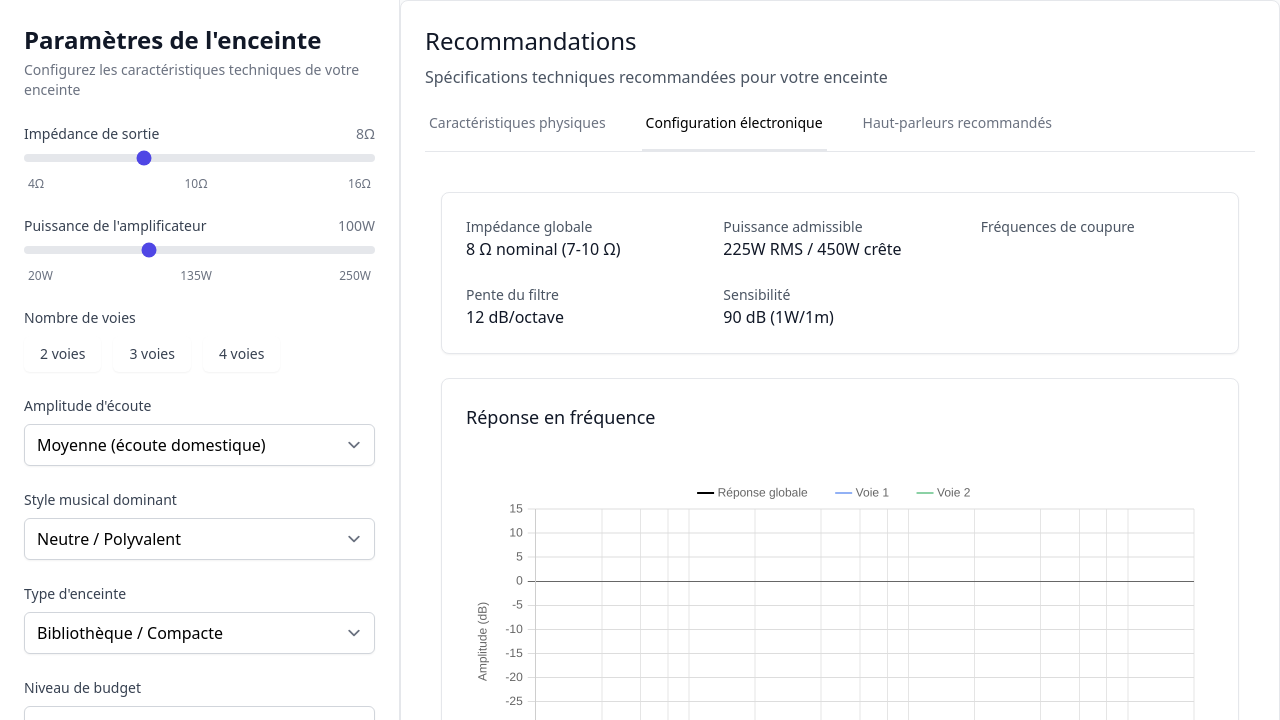
Repository: flobutbut/AcuoTune
Page: /#/, after clicking the first element matching `nav.flex > :nth-child(2)`
These files come from the project's save history. The page is drawn as it stood at one moment and after the next save; the edit follows.
The browser window is 1280 px wide. The pictures show the whole page.
An inner scrolling area shows only its first screen. The project was rebuilt for these pictures with package versions that can differ from the ones it lists, and the page was loaded fresh each time. Also part of the build but not shown: vite.config.ts, src/components/configurateur/recommendations/SpeakersTab.vue.

Above is the page before, as saved 2025-02-28 15:10:00.

### src/main.ts
import './assets/main.css'

import { createApp } from 'vue'
import { createPinia } from 'pinia'
import App from './App.vue'
import router from './router'

// Pour le débogage
console.log('Initializing app...')

const app = createApp(App)
const pinia = createPinia()

// Pour le débogage
app.config.errorHandler = (err, instance, info) => {
  console.error('Vue Error:', err)
  console.log('Component:', instance)
  console.log('Info:', info)
}

app.use(pinia)
app.use(router)

app.mount('#app')

// Pour le débogage
console.log('App mounted')

### src/App.vue
<script setup lang="ts">
import { RouterView } from 'vue-router'
</script>

<template>
  <RouterView />
</template>

<style>
#app {
  height: 100vh;
  width: 100vw;
}
</style>

### src/router/index.ts
import { createRouter, createWebHashHistory } from 'vue-router'
import ConfigurateurView from '../views/ConfigurateurView.vue'

const base = process.env.NODE_ENV === 'production' ? '/AcuoTune/' : '/'

const router = createRouter({
  history: createWebHashHistory(base),
  routes: [
    {
      path: '/',
      name: 'home',
      component: ConfigurateurView
    }
  ]
})

export default router

### src/views/ConfigurateurView.vue
<script setup lang="ts">
import ConfigurationPanel from '@/components/configurateur/ConfigurationPanel.vue'
import RecommendationsPanel from '@/components/configurateur/RecommendationsPanel.vue'
</script>

<template>
  <div class="flex h-screen bg-gray-50">
    <!-- Colonne de gauche - Configuration -->
    <div class="w-[400px] min-w-[400px] overflow-y-auto border-r border-gray-200 bg-white">
      <ConfigurationPanel />
    </div>

    <!-- Colonne de droite - Recommandations -->
    <div class="flex-1 overflow-y-auto">
      <RecommendationsPanel />
    </div>
  </div>
</template>

<style>
/* Supprimer les marges par défaut */
body {
  margin: 0;
  padding: 0;
}

/* Assurer que l'app prend toute la hauteur */
#app {
  height: 100vh;
}
</style>

### src/components/configurateur/RecommendationsPanel.vue
<script setup lang="ts">
import { ref } from 'vue'
import PhysicalTab from './recommendations/PhysicalTab.vue'
import ElectronicTab from './recommendations/ElectronicTab.vue'
import SpeakersTab from './recommendations/SpeakersTab.vue'

const activeTab = ref('physique')

// Données temporaires pour test
const physicalRecommendations = {
  volume: '30L',
  dimensions: {
    height: '80cm',
    width: '30cm',
    depth: '40cm'
  },
  materials: ['MDF 19mm', 'Contreplaqué bouleau 18mm'],
  portType: 'Bass-reflex',
  port: {
    surface: '50cm²',
    length: '15cm',
    diameter: '8cm',
    tuningFreq: '35Hz'
  }
}

const electronicRecommendations = {
  impedance: '8Ω',
  power: '100W RMS',
  crossoverFreqs: ['500Hz', '3.5kHz'],
  filterSlope: '12dB/octave',
  efficiency: '89dB'
}

const speakerRecommendations = [
  {
    type: 'Grave',
    impedance: '8Ω',
    power: '100W RMS',
    sensitivity: '89dB'
  },
  {
    type: 'Médium',
    impedance: '8Ω',
    power: '50W RMS',
    sensitivity: '91dB'
  },
  {
    type: 'Aigu',
    impedance: '8Ω',
    power: '25W RMS',
    sensitivity: '92dB'
  }
]
</script>

<template>
  <div class="w-full bg-white rounded-lg shadow-sm border border-gray-200">
    <div class="p-6">
      <h2 class="text-2xl font-medium text-gray-900 mb-2">Recommandations</h2>
      <p class="text-gray-600 mb-6">Spécifications techniques recommandées pour votre enceinte</p>

      <!-- Onglets -->
      <div class="border-b border-gray-200">
        <nav class="flex space-x-8" aria-label="Tabs">
          <button
            v-for="tab in ['physique', 'electronique', 'hautparleurs']"
            :key="tab"
            @click="activeTab = tab"
            :class="[
              'pb-4 px-1 font-medium text-sm border-b-2 transition-colors',
              activeTab === tab
                ? 'border-primary-600 text-primary-600'
                : 'border-transparent text-gray-500 hover:text-gray-700 hover:border-gray-300'
            ]"
          >
            {{ tab === 'physique' ? 'Caractéristiques physiques' :
               tab === 'electronique' ? 'Configuration électronique' :
               'Haut-parleurs recommandés' }}
          </button>
        </nav>
      </div>

      <!-- Contenu des onglets -->
      <div class="mt-6">
        <PhysicalTab v-if="activeTab === 'physique'" />
        <ElectronicTab v-if="activeTab === 'electronique'" />
        <SpeakersTab v-if="activeTab === 'hautparleurs'" />
      </div>
    </div>
  </div>
</template>

### src/components/configurateur/controls/RangeInput.vue
<script setup lang="ts">
defineProps<{
  label: string
  name: string
  value: number
  min: number
  max: number
  step: number
  unit?: string
}>()

defineEmits<{
  (e: 'update', event: Event): void
}>()
</script>

<template>
  <div class="space-y-2">
    <!-- Label et valeur actuelle -->
    <div class="flex justify-between items-center">
      <label :for="name" class="block text-sm font-medium text-gray-700">
        {{ label }}
      </label>
      <span class="text-sm text-gray-500">
        {{ value }}{{ unit }}
      </span>
    </div>

    <!-- Input range -->
    <input
      :id="name"
      type="range"
      :name="name"
      :min="min"
      :max="max"
      :step="step"
      :value="value"
      @input="$emit('update', $event)"
      class="w-full h-2 bg-gray-200 rounded-lg appearance-none cursor-pointer
             dark:bg-gray-700 accent-indigo-600 focus:outline-none focus:ring-2
             focus:ring-indigo-500 focus:ring-offset-2"
    />

    <!-- Valeurs min/max -->
    <div class="flex justify-between px-1">
      <span class="text-xs text-gray-500">{{ min }}{{ unit }}</span>
      <span class="text-xs text-gray-500">{{ Math.round((max + min) / 2) }}{{ unit }}</span>
      <span class="text-xs text-gray-500">{{ max }}{{ unit }}</span>
    </div>
  </div>
</template>

### src/components/configurateur/controls/SelectInput.vue
<script setup lang="ts">
interface Option {
  value: string
  label: string
}

defineProps<{
  label: string
  name: string
  value: string
  options: Option[]
}>()

defineEmits<{
  (e: 'update', event: Event): void
}>()
</script>

<template>
  <div class="space-y-2">
    <label :for="name" class="block text-sm font-medium text-gray-700">
      {{ label }}
    </label>
    <select
      :id="name"
      :name="name"
      :value="value"
      @change="$emit('update', $event)"
      class="mt-1 block w-full rounded-md border-gray-300 py-2 pl-3 pr-10 text-base
             focus:border-indigo-500 focus:outline-none focus:ring-indigo-500
             bg-white shadow-sm"
    >
      <option
        v-for="option in options"
        :key="option.value"
        :value="option.value"
        class="text-gray-900"
      >
        {{ option.label }}
      </option>
    </select>
  </div>
</template>

### src/constants/configurateur.ts
export const IMPEDANCE_OPTIONS = {
  min: 4,
  max: 16,
  step: 4
}

export const PUISSANCE_OPTIONS = {
  min: 20,
  max: 250,
  step: 10
}

export const AMPLITUDE_ECOUTE_OPTIONS = [
  { value: 'faible', label: 'Faible (écoute de proximité)' },
  { value: 'moyenne', label: 'Moyenne (écoute domestique)' },
  { value: 'forte', label: 'Forte (home-cinéma, fêtes)' }
]

export const STYLE_MUSICAL_OPTIONS = [
  { value: 'neutre', label: 'Neutre / Polyvalent' },
  { value: 'hifi', label: 'Hi-Fi / Audiophile' },
  { value: 'bass', label: 'Bass heavy (Electronic, Hip-hop)' },
  { value: 'acoustique', label: 'Acoustique / Classique' }
]

export const TYPE_ENCEINTE_OPTIONS = [
  { value: 'bibliothèque', label: 'Bibliothèque / Compacte' },
  { value: 'colonne', label: 'Colonne' },
  { value: 'monitoring', label: 'Monitoring' }
]

export const BUDGET_NIVEAU_OPTIONS = [
  { value: 'économique', label: 'Économique' },
  { value: 'moyen', label: 'Moyen' },
  { value: 'élevé', label: 'Élevé' }
]

export const DISTANCE_MUR_OPTIONS = [
  { value: 'proche', label: 'Proche (< 20cm)' },
  { value: 'moyenne', label: 'Moyenne (20-40cm)' },
  { value: 'éloignée', label: 'Éloignée (> 40cm)' }
]

export const UTILISATION_OPTIONS = [
  { value: 'musique', label: 'Musique' },
  { value: 'homecinema', label: 'Home-cinéma' },
  { value: 'mixte', label: 'Mixte (Musique + Home-cinéma)' },
  { value: 'studio', label: 'Production / Mixage studio' }
]

export const TYPE_CHARGE_OPTIONS = [
  { value: 'clos', label: 'Clos' },
  { value: 'bass-reflex', label: 'Bass-reflex' },
  { value: 'double-bass-reflex', label: 'Double Bass-reflex' }
]

export const PENTE_FILTRE_OPTIONS = [
  { value: '12', label: '12 dB/octave' },
  { value: '18', label: '18 dB/octave' },
  { value: '24', label: '24 dB/octave' }
]

export const FACTEUR_QUALITE_OPTIONS = [
  { value: '0.5', label: 'Q = 0.5 (Sous-amorti)' },
  { value: '0.707', label: 'Q = 0.707 (Butterworth)' },
  { value: '1.0', label: 'Q = 1.0 (Sur-amorti)' }
]

### src/components/configurateur/recommendations/ElectronicTab.vue
<script setup lang="ts">
import { computed } from 'vue'
import { useConfigurateurStore } from '@/stores/configurateur'
import { calculateElectronic } from '@/utils/calculations/electronic'
import { calculateAcoustic } from '@/utils/calculations/acoustic'
import FrequencyResponseChart from '../FrequencyResponseChart.vue'

const store = useConfigurateurStore()

const electronicRecommendations = computed(() => {
  if (!store.config) return null
  const acousticParams = calculateAcoustic(store.config)
  return calculateElectronic(store.config, acousticParams)
})
</script>

<template>
  <div class="space-y-6 p-4">
    <div v-if="electronicRecommendations" class="space-y-6">
      <!-- Panneau des paramètres -->
      <div class="bg-white rounded-lg shadow-sm border border-gray-200 p-6">
        <div class="grid grid-cols-2 md:grid-cols-3 gap-6">
          <div v-for="(value, key) in [
            { label: 'Impédance globale', value: electronicRecommendations.impedanceGlobale },
            { label: 'Puissance admissible', value: electronicRecommendations.puissanceAdmissible },
            { label: 'Fréquences de coupure', value: electronicRecommendations.frequencesCoupure.join(' / ') },
            { label: 'Pente du filtre', value: electronicRecommendations.penteFiltre },
            { label: 'Sensibilité', value: electronicRecommendations.sensibilite }
          ]" :key="key" class="group">
            <div class="text-sm text-gray-600 group-hover:text-gray-800 transition-colors">{{ value.label }}</div>
            <div class="font-medium text-gray-900">{{ value.value }}</div>
          </div>
        </div>
      </div>

      <!-- Graphique -->
      <div class="bg-white rounded-lg shadow-sm border border-gray-200 p-6">
        <h3 class="text-lg font-medium text-gray-900 mb-4">Réponse en fréquence</h3>
        <div class="h-[400px] w-full">
          <FrequencyResponseChart
            :config="store.config"
            :electronic-params="electronicRecommendations"
          />
        </div>
      </div>
    </div>

    <div v-else class="flex items-center justify-center h-48 bg-gray-50 rounded-lg">
      <div class="text-gray-500">
        <svg class="w-8 h-8 mx-auto mb-2 animate-spin" viewBox="0 0 24 24" fill="none">
          <circle class="opacity-25" cx="12" cy="12" r="10" stroke="currentColor" stroke-width="4"/>
          <path class="opacity-75" fill="currentColor" d="M4 12a8 8 0 018-8V0C5.373 0 0 5.373 0 12h4z"/>
        </svg>
        <span>Chargement des recommandations...</span>
      </div>
    </div>
  </div>
</template>

### src/utils/calculations/electronic.ts
import type { Config } from '@/types/configurateur'
import type { ElectronicRecommendation } from '@/types/configurateur'

interface AcousticResult {
  volumeOptimal: number
  frequenceAccord: number
  facteurQualite: number
  frequenceResonance: number
  rendementBasse: number
  puissanceMax: number
}

export function calculateElectronic(config: Config, acoustic: AcousticResult): ElectronicRecommendation {
  console.log('Calculating electronic parameters for:', { config, acoustic })

  // Calcul des fréquences de coupure
  const frequencesCoupure = calculateCrossoverFrequencies(config)

  // Calcul de la pente des filtres
  const penteFiltre = calculateFilterSlope(config)

  // Calcul de l'impédance globale
  const impedanceGlobale = calculateGlobalImpedance(config)

  // Calcul de la puissance admissible
  const puissanceAdmissible = calculateAdmissiblePower(acoustic.puissanceMax)

  // Calcul de la sensibilité globale
  const sensibilite = calculateGlobalSensitivity(config, acoustic)

  const result: ElectronicRecommendation = {
    frequencesCoupure,
    penteFiltre,
    impedanceGlobale,
    puissanceAdmissible,
    sensibilite
  }

  console.log('Electronic calculation result:', result)
  return result
}

function calculateCrossoverFrequencies(config: Config): string[] {
  // Si mode avancé et fréquences manuelles définies, les utiliser
  if (config.showAdvanced && config.freqCoupureManuelle.length > 0) {
    return config.freqCoupureManuelle.map(freq => `${freq} Hz`)
  }

  // Sinon, calculer les fréquences recommandées
  const freqs: number[] = []
  switch (config.nombreVoies) {
    case 2:
      freqs.push(config.styleMusical === 'bass' ? 2500 : 3000)
      break
    case 3:
      freqs.push(
        config.styleMusical === 'bass' ? 400 : 500,
        config.styleMusical === 'bass' ? 2500 : 3000
      )
      break
    case 4:
      freqs.push(
        config.styleMusical === 'bass' ? 200 : 250,
        config.styleMusical === 'bass' ? 800 : 1000,
        config.styleMusical === 'bass' ? 2500 : 3000
      )
      break
  }
  return freqs.map(freq => `${freq} Hz`)
}

function calculateFilterSlope(config: Config): string {
  // Si mode avancé, utiliser la pente configurée
  if (config.showAdvanced) {
    return `${config.penteFiltre} dB/octave`
  }

  // Sinon, déterminer la pente recommandée
  if (config.budgetNiveau === 'élevé' || config.styleMusical === 'hifi') {
    return '24 dB/octave'
  } else if (config.nombreVoies >= 3) {
    return '18 dB/octave'
  }
  return '12 dB/octave'
}

function calculateGlobalImpedance(config: Config): string {
  // Calcul de l'impédance nominale
  let impedance = config.impedance

  // Ajustements selon le nombre de voies
  if (config.nombreVoies >= 3) {
    impedance = Math.max(4, impedance - 2)
  }

  return `${impedance} Ω nominal (${impedance - 1}-${impedance + 2} Ω)`
}

function calculateAdmissiblePower(maxPower: number): string {
  const rms = Math.round(maxPower)
  const peak = Math.round(maxPower * 2)
  return `${rms}W RMS / ${peak}W crête`
}

function calculateGlobalSensitivity(config: Config, acoustic: AcousticResult): string {
  // Sensibilité de base selon le rendement calculé
  let sensitivity = acoustic.rendementBasse

  // Ajustements selon l'amplitude d'écoute
  const sensAdjust = {
    'faible': -2,
    'moyenne': 0,
    'forte': +2
  }
  sensitivity += sensAdjust[config.amplitudeEcoute as keyof typeof sensAdjust] || 0

  // Ajustements selon le nombre de voies
  sensitivity += (config.nombreVoies - 2) * 0.5

  return `${Math.round(sensitivity)} dB (1W/1m)`
}

### src/components/configurateur/FrequencyResponseChart.vue
<script setup lang="ts">
import { onMounted, watch, ref, onUnmounted } from 'vue'
import Chart from 'chart.js/auto'
import { calculateVoiceResponse, calculateGlobalResponse } from '@/utils/calculations/frequency-response'
import type { Config } from '@/types/configurateur'

const props = defineProps<{
  config: Config
  electronicParams: any
}>()

const chartCanvas = ref<HTMLCanvasElement | null>(null)
let frequencyChart: Chart | null = null

function generateChartData() {
  console.log('Generating chart data with config:', props.config)
  console.log('Electronic params:', props.electronicParams)

  const frequencies = []
  const voieDatasets = []
  const nombreVoies = parseInt(props.config.nombreVoies)

  // Initialisation des tableaux pour chaque voie
  const voieResponses = Array.from({ length: nombreVoies }, () => [])
  const globalResponses = []

  // Génération des fréquences
  for (let i = 0; i <= 400; i++) {
    const f = Math.round(10 * Math.pow(10, i * 3 / 400))
    if (f <= 20000) {
      frequencies.push(f)

      // Calcul pour chaque voie
      const currentVoiceResponses = []
      for (let v = 0; v < nombreVoies; v++) {
        const response = calculateVoiceResponse(f, v, props.config, props.electronicParams)
        voieResponses[v].push(response)
        currentVoiceResponses.push(response)
      }

      // Calcul de la réponse globale
      const globalResponse = calculateGlobalResponse(f, currentVoiceResponses)
      globalResponses.push(globalResponse)
    }
  }

  console.log('Voice responses:', voieResponses)
  console.log('Global responses:', globalResponses)

  // Création des datasets pour chaque voie
  const voieColors = ['#2563eb', '#16a34a', '#dc2626', '#9333ea']
  for (let v = 0; v < nombreVoies; v++) {
    voieDatasets.push({
      label: `Voie ${v + 1}`,
      data: frequencies.map((f, i) => ({
        x: f,
        y: voieResponses[v][i]
      })),
      borderColor: voieColors[v],
      borderDash: [5, 5],
      borderWidth: 1,
      fill: false,
      tension: 0.4,
      pointRadius: 0
    })
  }

  // Dataset pour la réponse globale
  const globalDataset = {
    label: 'Réponse globale',
    data: frequencies.map((f, i) => ({
      x: f,
      y: globalResponses[i]
    })),
    borderColor: '#000000',
    borderWidth: 2,
    fill: false,
    tension: 0.4,
    pointRadius: 0,
    order: -1 // Pour s'assurer que la courbe globale est au-dessus
  }

  return {
    voieDatasets,
    globalDataset
  }
}

function createChart() {
  if (!chartCanvas.value) return
  const ctx = chartCanvas.value.getContext('2d')
  if (!ctx) return

  const { voieDatasets, globalDataset } = generateChartData()

  if (frequencyChart) {
    frequencyChart.destroy()
  }

  frequencyChart = new Chart(ctx, {
    type: 'line',
    data: {
      datasets: [...voieDatasets, globalDataset]
    },
    options: {
      responsive: true,
      maintainAspectRatio: false,
      layout: {
        padding: {
          top: 10,
          right: 20,
          bottom: 10,
          left: 10
        }
      },
      scales: {
        x: {
          type: 'logarithmic',
          min: 20,
          max: 20000,
          title: {
            display: true,
            text: 'Fréquence (Hz)',
            padding: { top: 10, bottom: 0 }
          },
          ticks: {
            callback: (value: any) => {
              if ([20, 50, 100, 200, 500, 1000, 2000, 5000, 10000, 20000].includes(value)) {
                if (value >= 1000) {
                  return `${value/1000}k`
                }
                return value
              }
              return ''
            }
          }
        },
        y: {
          min: -40,
          max: 15,
          title: {
            display: true,
            text: 'Amplitude (dB)',
            padding: { top: 0, bottom: 10 }
          },
          ticks: {
            stepSize: 5,
            callback: (value: any) => `${value}`,
            padding: 5
          },
          grid: {
            drawBorder: true,
            color: (context: any) => {
              if (context.tick.value === 0) {
                return '#666'
              }
              return '#ddd'
            }
          }
        }
      },
      plugins: {
        legend: {
          display: true,
          position: 'top',
          align: 'center',
          labels: {
            usePointStyle: true,
            pointStyle: 'line',
            boxWidth: 40,
            padding: 30
          }
        },
        tooltip: {
          mode: 'index',
          intersect: false,
          callbacks: {
            label: function(context: any) {
              return `${context.dataset.label}: ${context.parsed.y.toFixed(1)} dB @ ${context.parsed.x} Hz`
            }
          }
        }
      },
      elements: {
        line: {
          tension: 0.1,
          borderWidth: 1.5
        },
        point: {
          radius: 0
        }
      },
      animation: {
        duration: 0
      },
      devicePixelRatio: 2
    }
  })
}

onMounted(() => {
  createChart()
})

watch([() => props.config, () => props.electronicParams], () => {
  createChart()
}, { deep: true })

onUnmounted(() => {
  if (frequencyChart) {
    frequencyChart.destroy()
  }
})
</script>

<template>
  <div class="frequency-response-container">
    <div class="frequency-response-chart">
      <canvas ref="chartCanvas"></canvas>
    </div>
  </div>
</template>

<style scoped>
.frequency-response-container {
  width: 100%;
}

.frequency-response-chart {
  background-color: white;
  border-radius: 0.5rem;
  height: 400px;
  position: relative;
}

canvas {
  position: absolute;
  top: 0;
  left: 0;
  width: 100% !important;
  height: 100% !important;
}
</style>

Loaded but not shown: index.html (common file); src/assets/main.css (common file); tailwind.config.js (13 lines, source omitted); src/utils/calculations/acoustic.ts (372 lines, source omitted); src/utils/calculations/frequency-response.ts (270 lines, source omitted); src/components/configurateur/ConfigurationPanel.vue (237 lines, source omitted); src/utils/calculations/physical.ts (240 lines, source omitted); src/stores/configurateur.ts (167 lines, source omitted); src/components/configurateur/recommendations/PhysicalTab.vue (104 lines, source omitted)

After the next save:
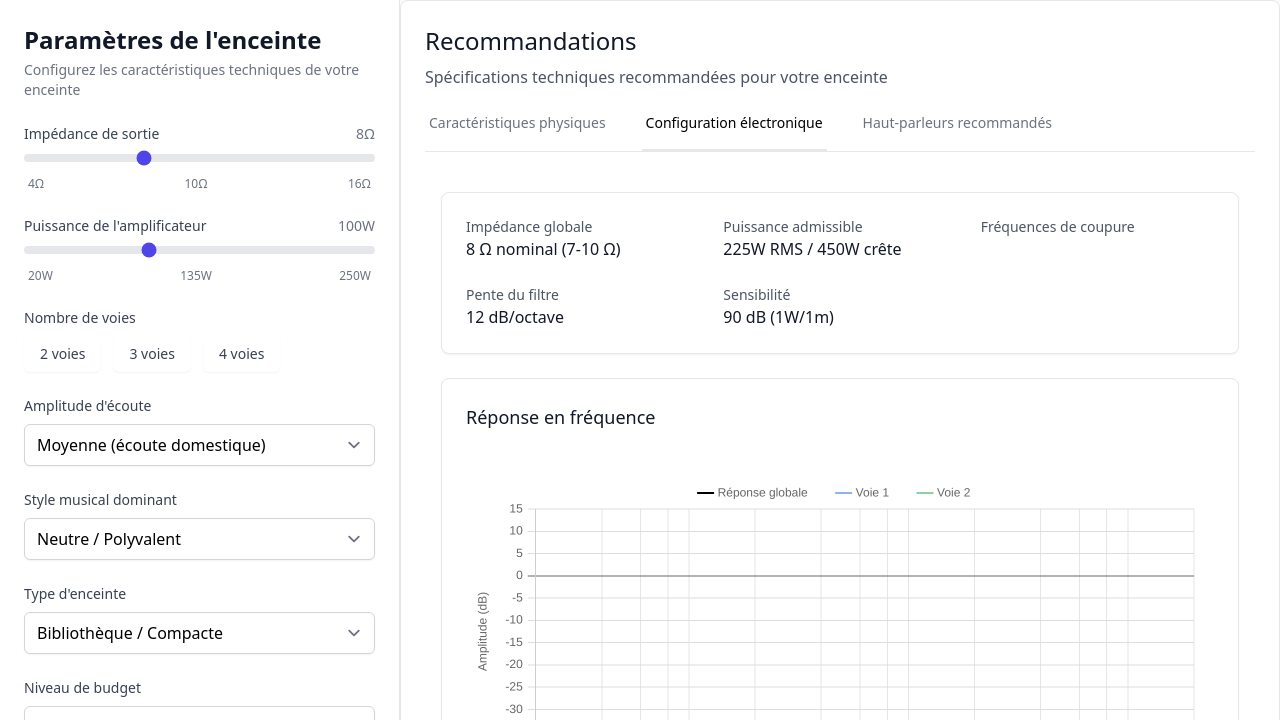
Saved 20 s later.
--- a/src/components/configurateur/FrequencyResponseChart.vue
+++ b/src/components/configurateur/FrequencyResponseChart.vue
@@ -109,7 +109,7 @@
         padding: {
           top: 10,
           right: 20,
-          bottom: 10,
+          bottom: 30,
           left: 10
         }
       },

After the save that followed:
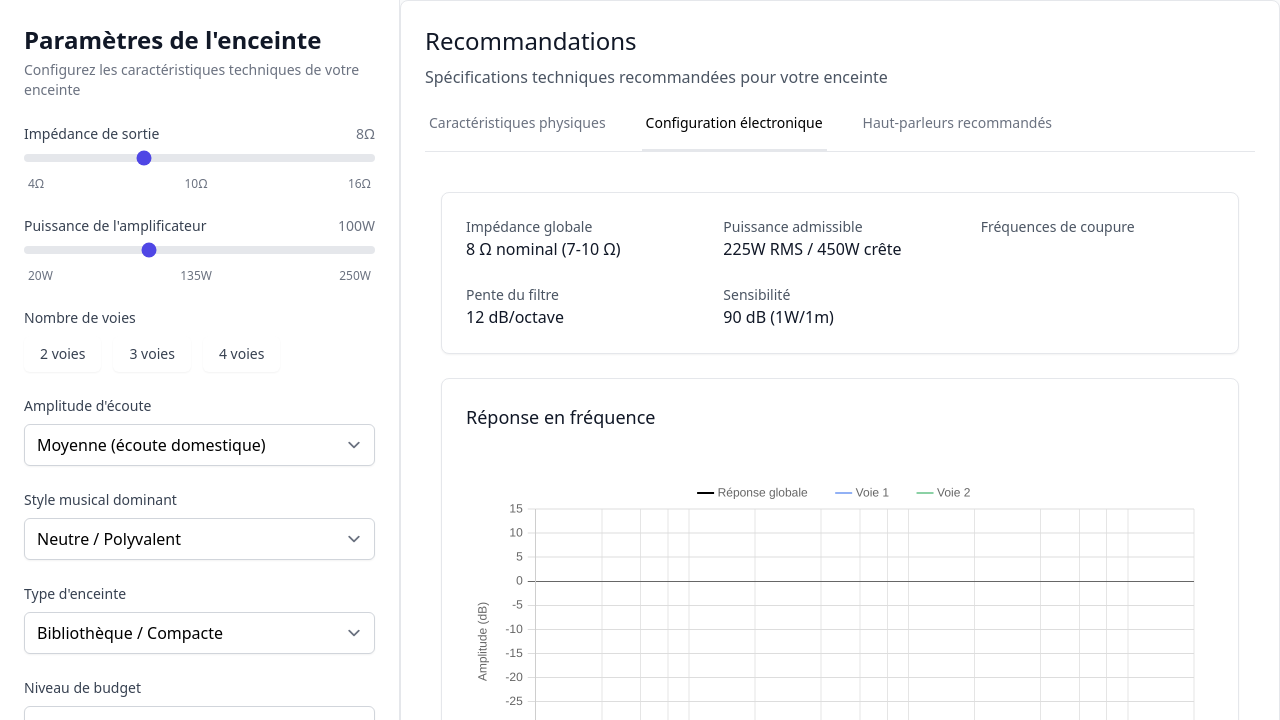
Saved 6 s later.
--- a/src/components/configurateur/FrequencyResponseChart.vue
+++ b/src/components/configurateur/FrequencyResponseChart.vue
@@ -109,7 +109,7 @@
         padding: {
           top: 10,
           right: 20,
-          bottom: 30,
+          bottom: 10,
           left: 10
         }
       },
